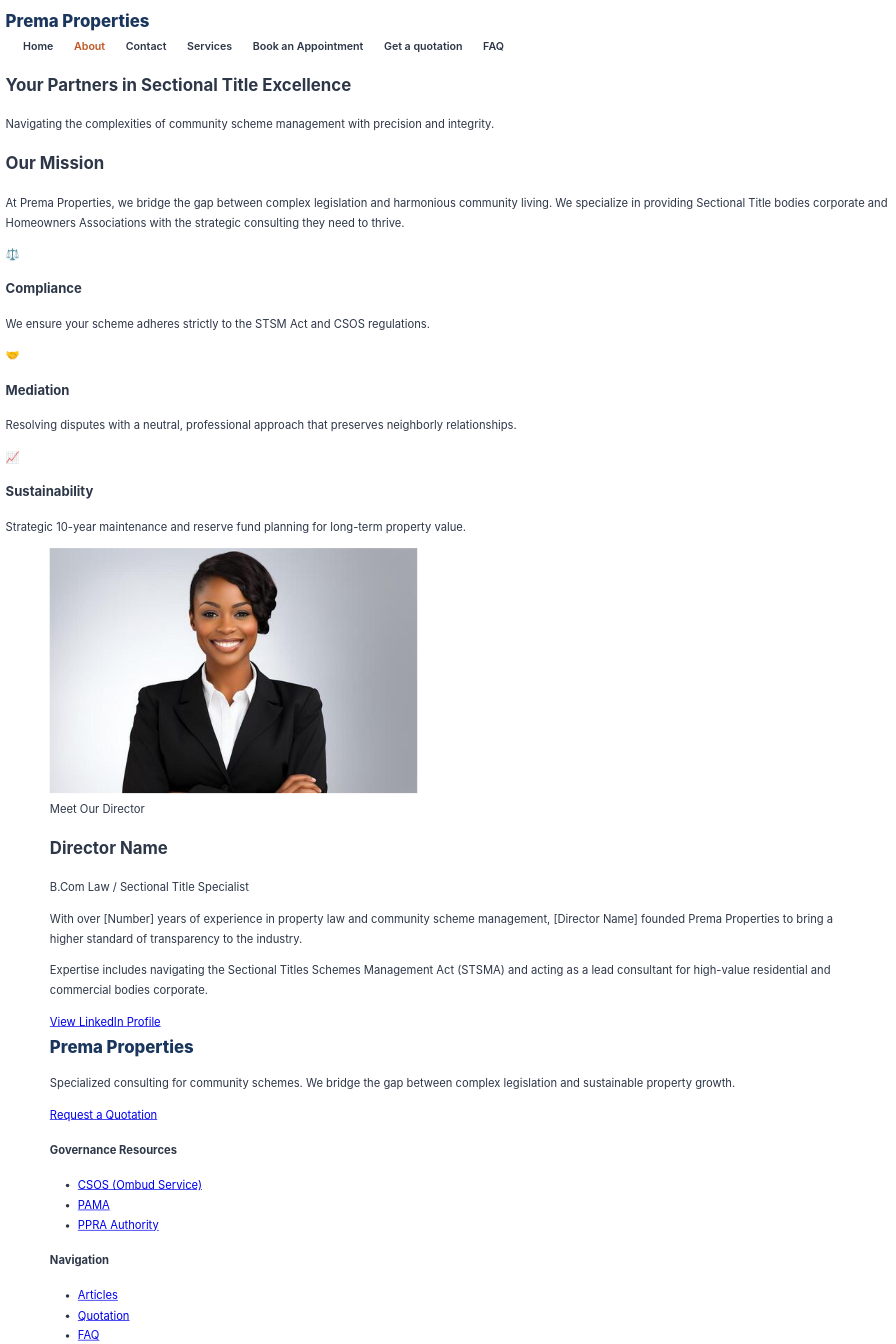
Repository: mnqobiMenzi/Prema-Properties
Page: about-us.html
An editor plug-in stored every save of this project. The page is shown before and after the next save, followed by the edit.
The browser window is 1280 px wide. The pictures show the part of the page from y = 0 to 1920 px (the page is 2460 px tall before and 2820 px after), at 70% of full size.

Above is the page before, as saved 2026-02-10 12:26:40.

After the next save:
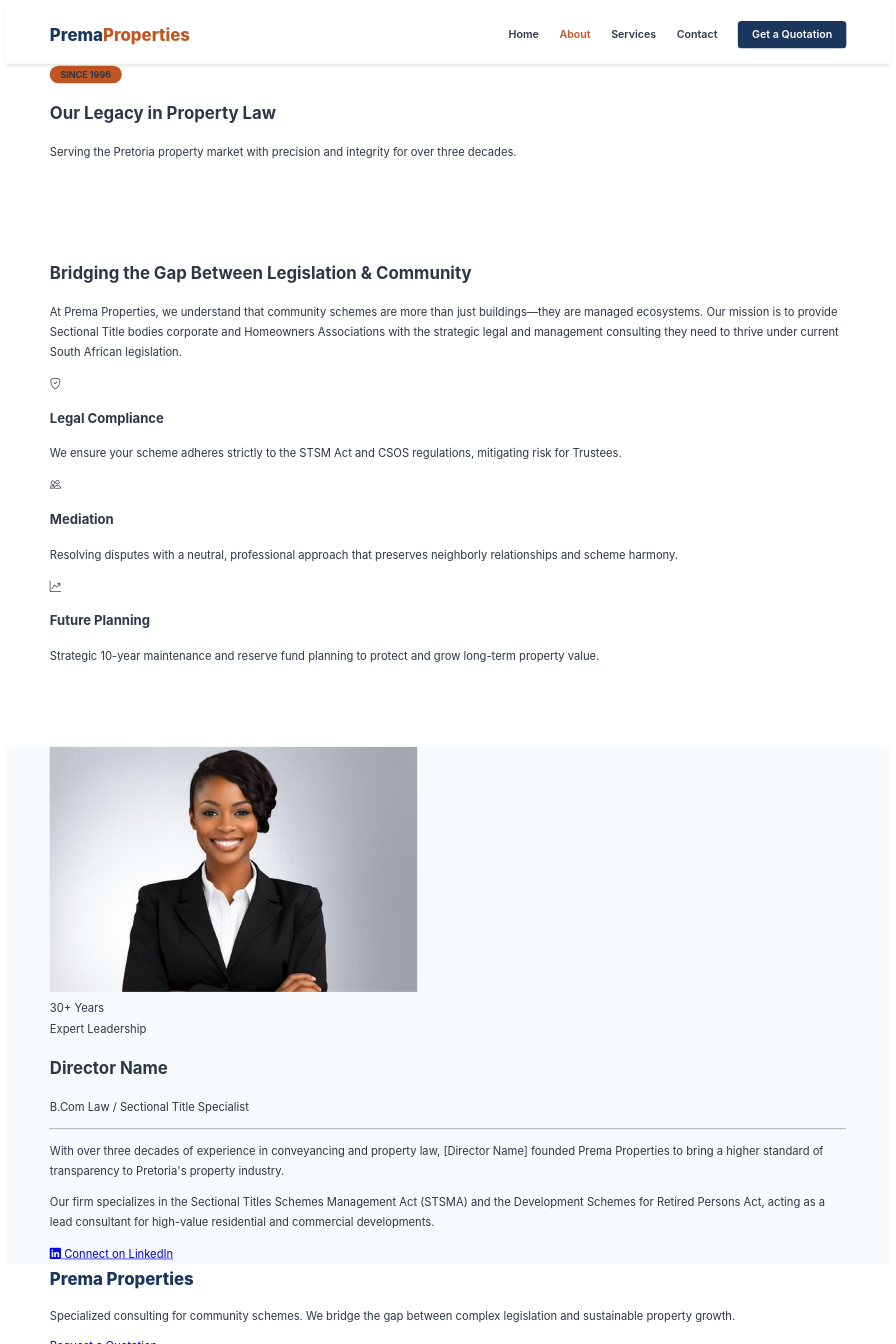
Saved 4 min 22 s later.
--- a/about-us.html
+++ b/about-us.html
@@ -3,77 +3,82 @@
 <head>
   <meta charset="UTF-8">
   <meta name="viewport" content="width=device-width, initial-scale=1.0">
-  <title>Prema Properties</title>
+  <title>About Us | Prema Properties</title>
   <link rel="stylesheet" href="CSS/style.css">
+  <link rel="stylesheet" href="https://cdn.jsdelivr.net/npm/bootstrap-icons@1.13.1/font/bootstrap-icons.min.css">
 </head>
 <body>
 
-  <!-- Header / Navigation -->
-  <header>
-    <div class="logo">Prema Properties</div>
-    <nav>
-      <a href="index.html">Home</a>
-      <a href="#about" class="active">About</a>
-      <a href="contact-us.html">Contact</a>
-      <a href="services.html">Services</a>
-      <a href="appointment.html">Book an Appointment</a>
-      <a href="quote.html">Get a quotation</a>
-      <a href="FAQ.html">FAQ</a>
-    </nav>
+  <header class="main-header">
+    <div class="container header-flex">
+      <div class="logo">Prema<span>Properties</span></div>
+      <nav>
+        <a href="index.html">Home</a>
+        <a href="about-us.html" class="active">About</a>
+        <a href="services.html">Services</a>
+        <a href="contact-us.html">Contact</a>
+        <a href="quote.html" class="nav-btn">Get a Quotation</a>
+      </nav>
+    </div>
   </header>
 
+  <section class="about-hero-v2">
+    <div class="container">
+      <span class="badge">Since 1996</span>
+      <h1>Our Legacy in Property Law</h1>
+      <p class="lead">Serving the Pretoria property market with precision and integrity for over three decades.</p>
+    </div>
+  </section>
 
-  <!-- About Section -->
-  <section id="about" class="about-container">
-    <div class="about-hero">
-      <h1>Your Partners in Sectional Title Excellence</h1>
-      <p class="lead">Navigating the complexities of community scheme management with precision and integrity.</p>
-    </div>
-
-    <div class="about-content">
-      <div class="text-block">
-        <h2>Our Mission</h2>
-        <p>At Prema Properties, we bridge the gap between complex legislation and harmonious community living. We specialize in providing Sectional Title bodies corporate and Homeowners Associations with the strategic consulting they need to thrive.</p>
+  <section class="section-padding">
+    <div class="container">
+      <div class="about-intro">
+        <h2>Bridging the Gap Between Legislation & Community</h2>
+        <p>At Prema Properties, we understand that community schemes are more than just buildings—they are managed ecosystems. Our mission is to provide Sectional Title bodies corporate and Homeowners Associations with the strategic legal and management consulting they need to thrive under current South African legislation.</p>
       </div>
 
       <div class="values-grid">
         <div class="value-item">
-          <span class="icon">⚖️</span>
-          <h3>Compliance</h3>
-          <p>We ensure your scheme adheres strictly to the STSM Act and CSOS regulations.</p>
+          <i class="bi bi-shield-check"></i>
+          <h3>Legal Compliance</h3>
+          <p>We ensure your scheme adheres strictly to the STSM Act and CSOS regulations, mitigating risk for Trustees.</p>
         </div>
         <div class="value-item">
-          <span class="icon">🤝</span>
+          <i class="bi bi-people"></i>
           <h3>Mediation</h3>
-          <p>Resolving disputes with a neutral, professional approach that preserves neighborly relationships.</p>
+          <p>Resolving disputes with a neutral, professional approach that preserves neighborly relationships and scheme harmony.</p>
         </div>
         <div class="value-item">
-          <span class="icon">📈</span>
-          <h3>Sustainability</h3>
-          <p>Strategic 10-year maintenance and reserve fund planning for long-term property value.</p>
+          <i class="bi bi-graph-up-arrow"></i>
+          <h3>Future Planning</h3>
+          <p>Strategic 10-year maintenance and reserve fund planning to protect and grow long-term property value.</p>
         </div>
       </div>
     </div>
   </section>
 
-  <section class="director-section container">
-    <div class="director-container">
-      <div class="director-image">
-        <img src="images/director.jpg" alt="Director of Prema Properties">
-      </div>
-      <div class="director-info">
-        <span class="label">Meet Our Director</span>
-        <h2>Director Name</h2>
-        <p class="credentials">B.Com Law / Sectional Title Specialist</p>
-        <p>With over [Number] years of experience in property law and community scheme management, [Director Name] founded Prema Properties to bring a higher standard of transparency to the industry.</p>
-        <p>Expertise includes navigating the Sectional Titles Schemes Management Act (STSMA) and acting as a lead consultant for high-value residential and commercial bodies corporate.</p>
-        <div class="director-social">
-          <a href="https://linkedin.com" target="_blank">View LinkedIn Profile</a>
+  <section class="director-section-v2 light-gray">
+    <div class="container">
+      <div class="director-card">
+        <div class="director-image">
+          <img src="images/director.jpg" alt="Director of Prema Properties">
+          <div class="exp-seal">30+ Years</div>
+        </div>
+        <div class="director-info">
+          <span class="label">Expert Leadership</span>
+          <h2>Director Name</h2>
+          <p class="credentials">B.Com Law / Sectional Title Specialist</p>
+          <hr>
+          <p>With over three decades of experience in conveyancing and property law, [Director Name] founded Prema Properties to bring a higher standard of transparency to Pretoria's property industry.</p>
+          <p>Our firm specializes in the Sectional Titles Schemes Management Act (STSMA) and the Development Schemes for Retired Persons Act, acting as a lead consultant for high-value residential and commercial developments.</p>
+          <div class="director-social">
+            <a href="#" class="linkedin-link"><i class="bi bi-linkedin"></i> Connect on LinkedIn</a>
+          </div>
         </div>
       </div>
     </div>
   </section>
-  <!-- Footer -->
+
   <div id="footer-placeholder"></div>
   <script src="JavaScript/script.js"></script>
 </body>
